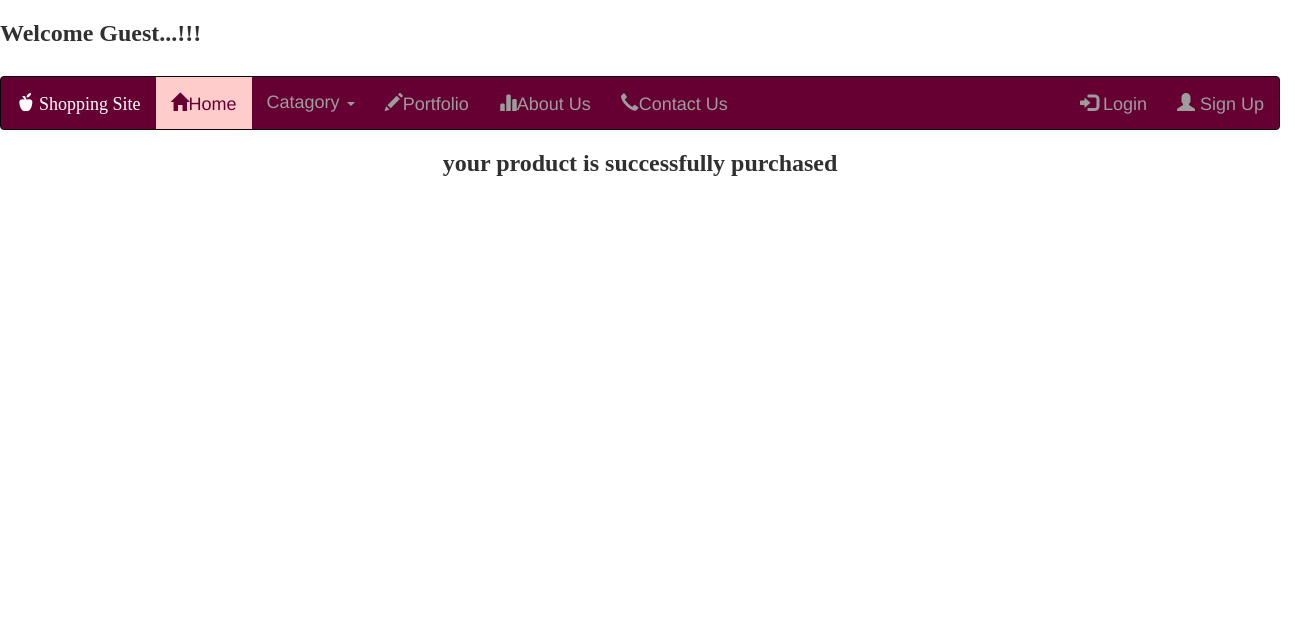
Repository: priyasuthakar/priya
Page: http://localhost/Apple/WEB-INF/views/proceded.jsp
An editor plug-in stored every save of this project. The page is shown before and after the next save, followed by the edit.
The browser window is 1280 px wide. The page is 1280 px wide, then 1295 px, then 1280 px, so the pictures cover 1295 px, including what lies to the right of the window. The pictures show the whole page.
Some web libraries are served in a nearby version. The page is served by Tomcat 9. Nobody is signed in. The template is opened directly, without the code that normally fills it, so the values that code supplies are empty.

Above is the page before, as saved 2016-08-26 09:25:15.

After the next save:
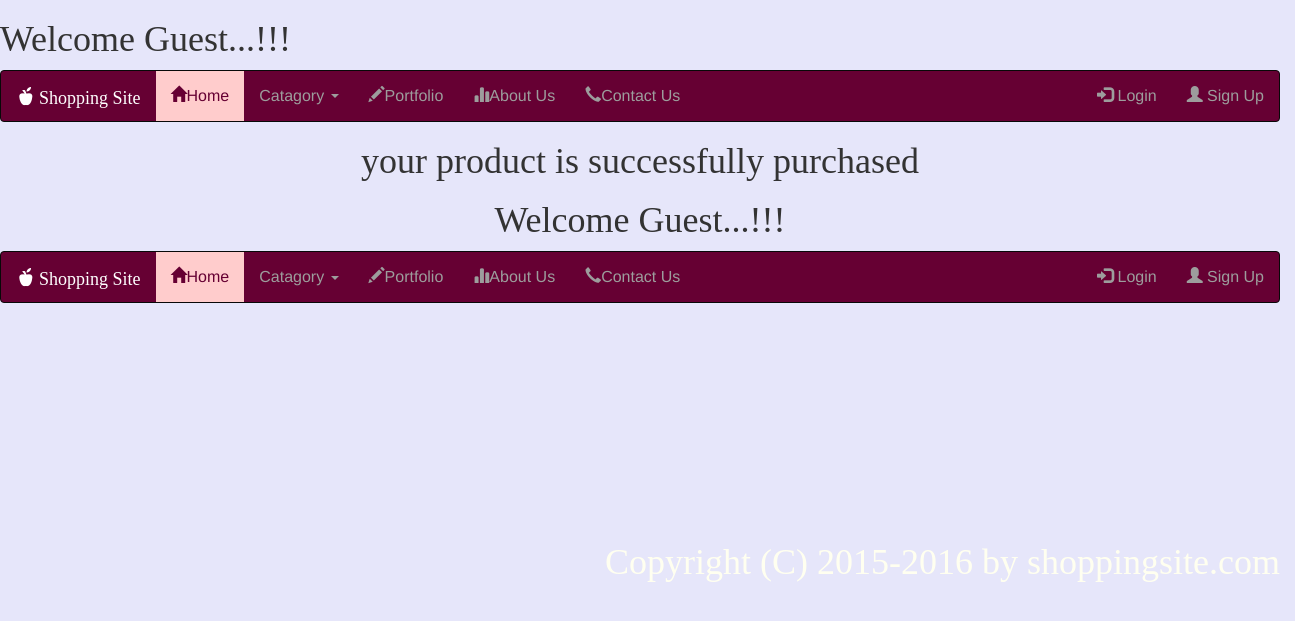
Saved 2 h 51 min later.
--- a/Apple/src/main/webapp/WEB-INF/views/proceded.jsp
+++ b/Apple/src/main/webapp/WEB-INF/views/proceded.jsp
@@ -83,6 +83,8 @@
 <body>
 <center>
 <font face="Harlow Solid Italic"><h1>your product is successfully purchased</h1></font>
+
+<%@include file="productinfo.jsp"%>
 </center>
 </body>
 </html>

After the save that followed:
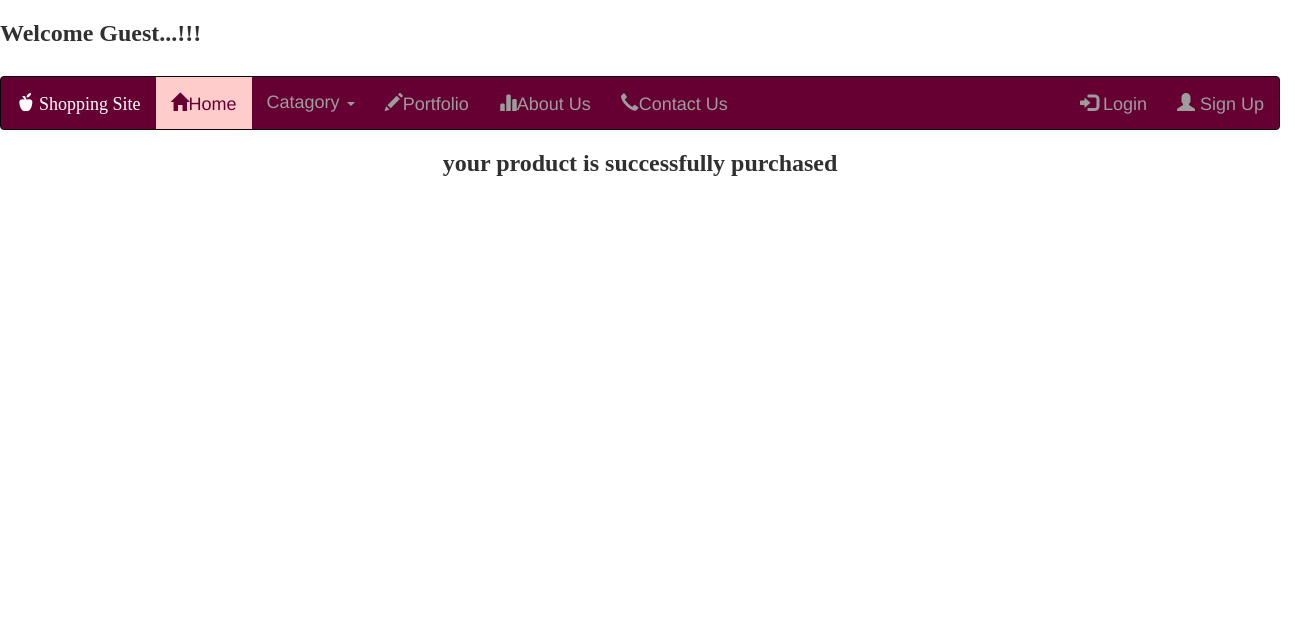
Saved 61 s later.
--- a/Apple/src/main/webapp/WEB-INF/views/proceded.jsp
+++ b/Apple/src/main/webapp/WEB-INF/views/proceded.jsp
@@ -84,7 +84,6 @@
 <center>
 <font face="Harlow Solid Italic"><h1>your product is successfully purchased</h1></font>
 
-<%@include file="productinfo.jsp"%>
 </center>
 </body>
 </html>
